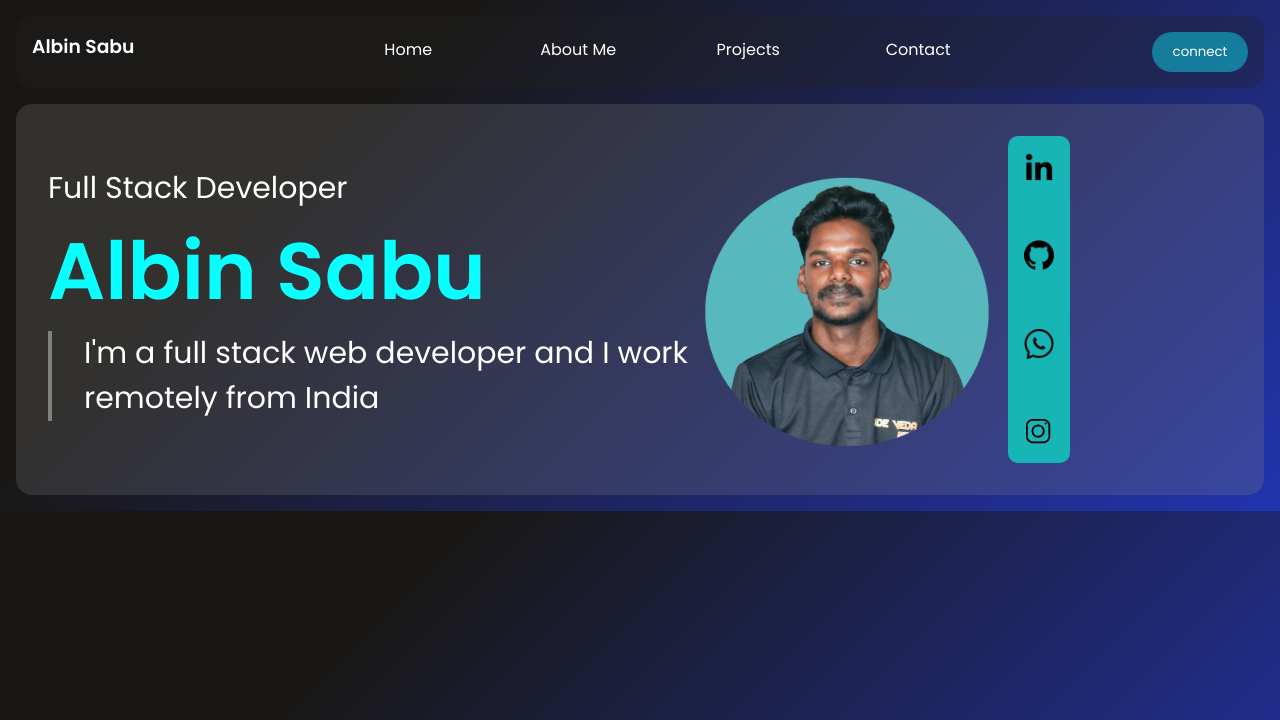
Repository: albinsabu2023/personalwebsite
Page: index.html
An editor plug-in stored every save of this project. The page is shown before and after the next save, followed by the edit.
The browser window is 1280 px wide. The pictures show the whole page.

Above is the page before, as saved 2023-09-02 18:12:28.

After the next save:
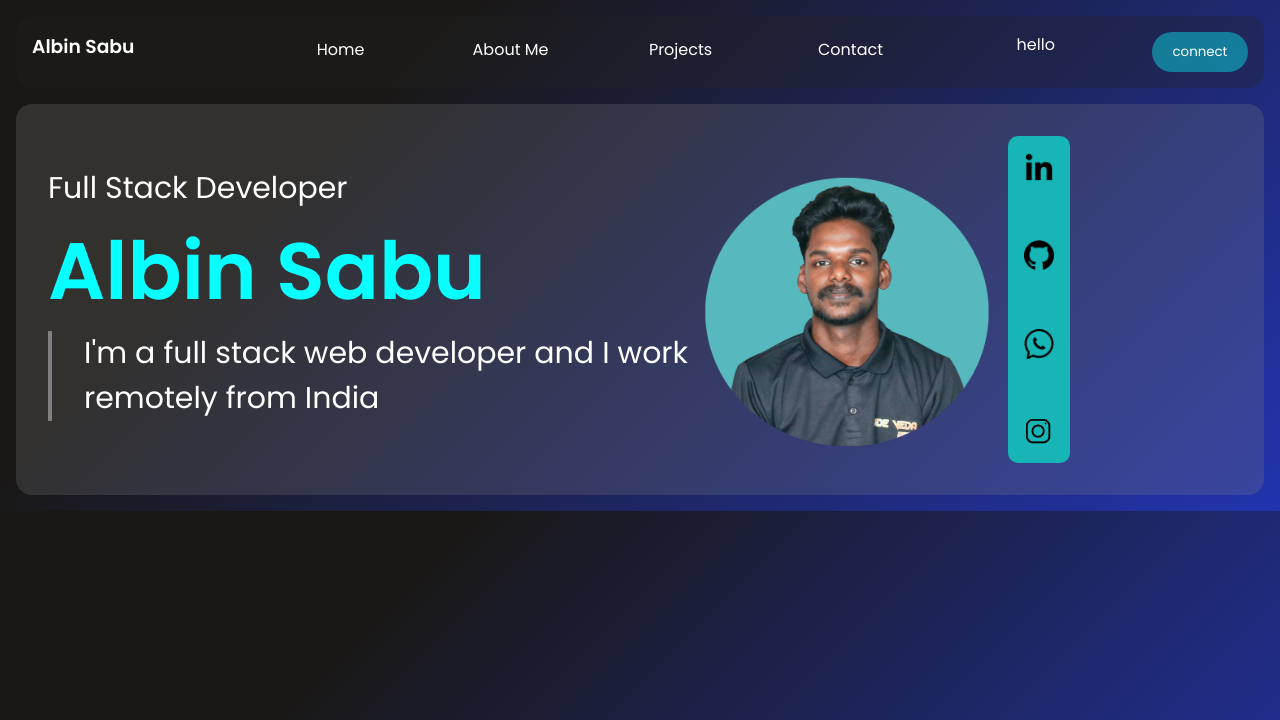
Saved 48 s later.
--- a/index.html
+++ b/index.html
@@ -16,6 +16,7 @@
             <li><a href="#project">Projects</a></li>
             <li><a href="#contact">Contact</a> </li>
         </ul>
+        <p>hello</p>
         <button class="btn-connect">connect</button>
     </nav>
     <div id="home">

After the save that followed:
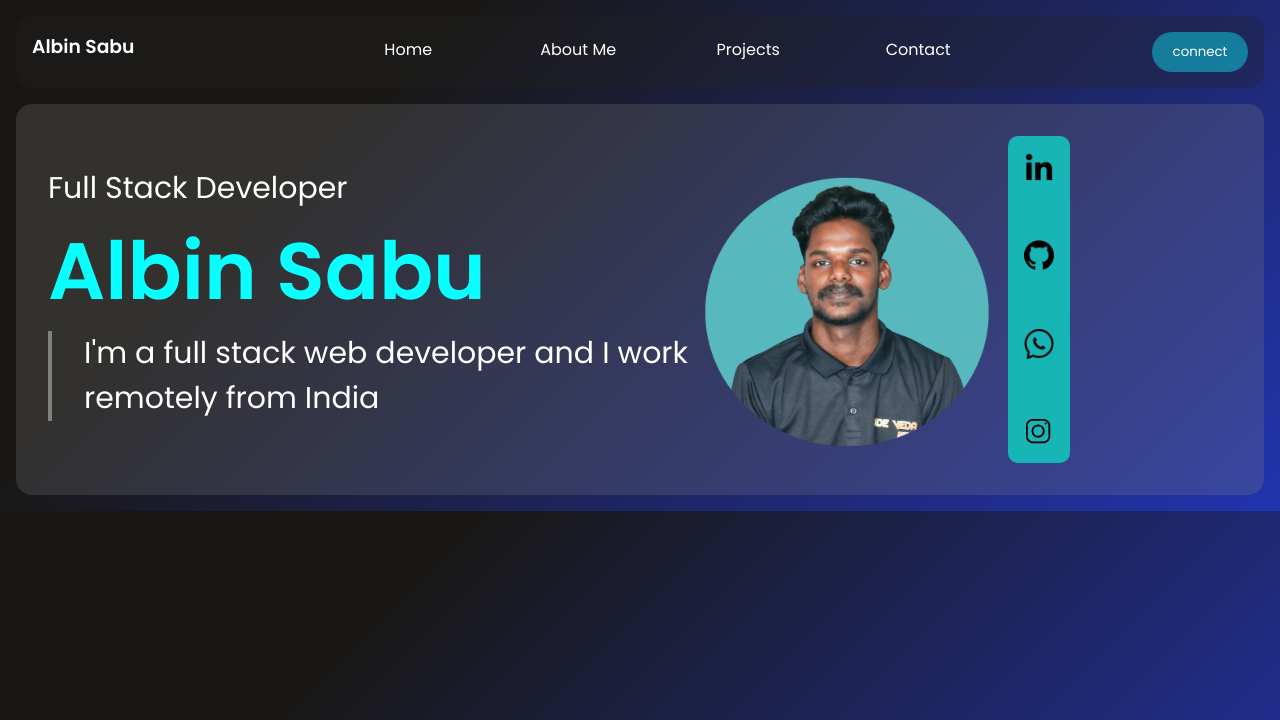
Saved 7 s later.
--- a/index.html
+++ b/index.html
@@ -16,7 +16,7 @@
             <li><a href="#project">Projects</a></li>
             <li><a href="#contact">Contact</a> </li>
         </ul>
-        <p>hello</p>
+
         <button class="btn-connect">connect</button>
     </nav>
     <div id="home">
